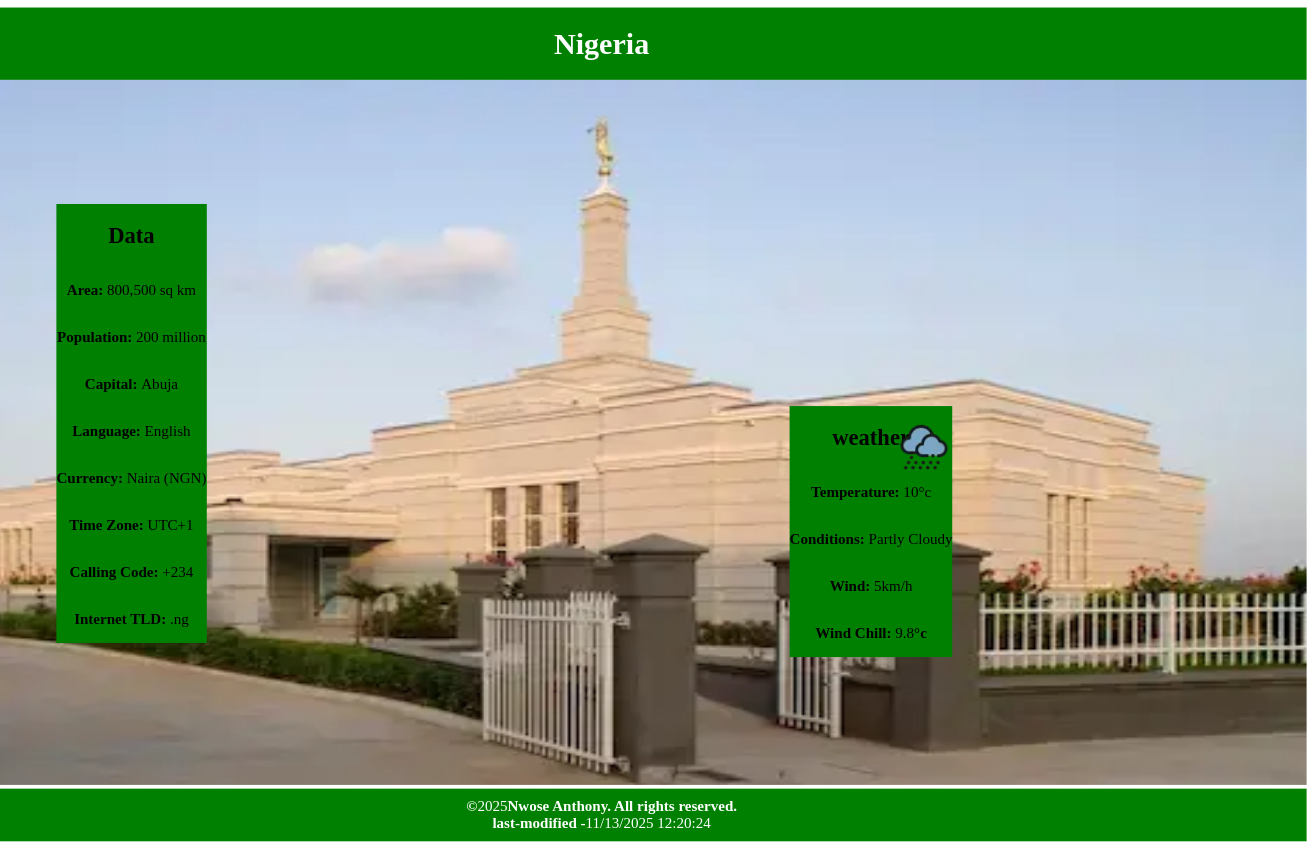
Repository: NoblesNigeria/wdd131
Page: place.html
The author's editor kept a copy of each file at every save. The page is drawn from the files as they stood at one save, then again after the next save.
The browser window is 1280 px wide. The page is 1390 px wide, so the pictures cover 1390 px, including what lies to the right of the window. The pictures show the whole page, at 94% of full size.

Above is the page before, as saved 2025-11-13 14:15:40.

After the next save:
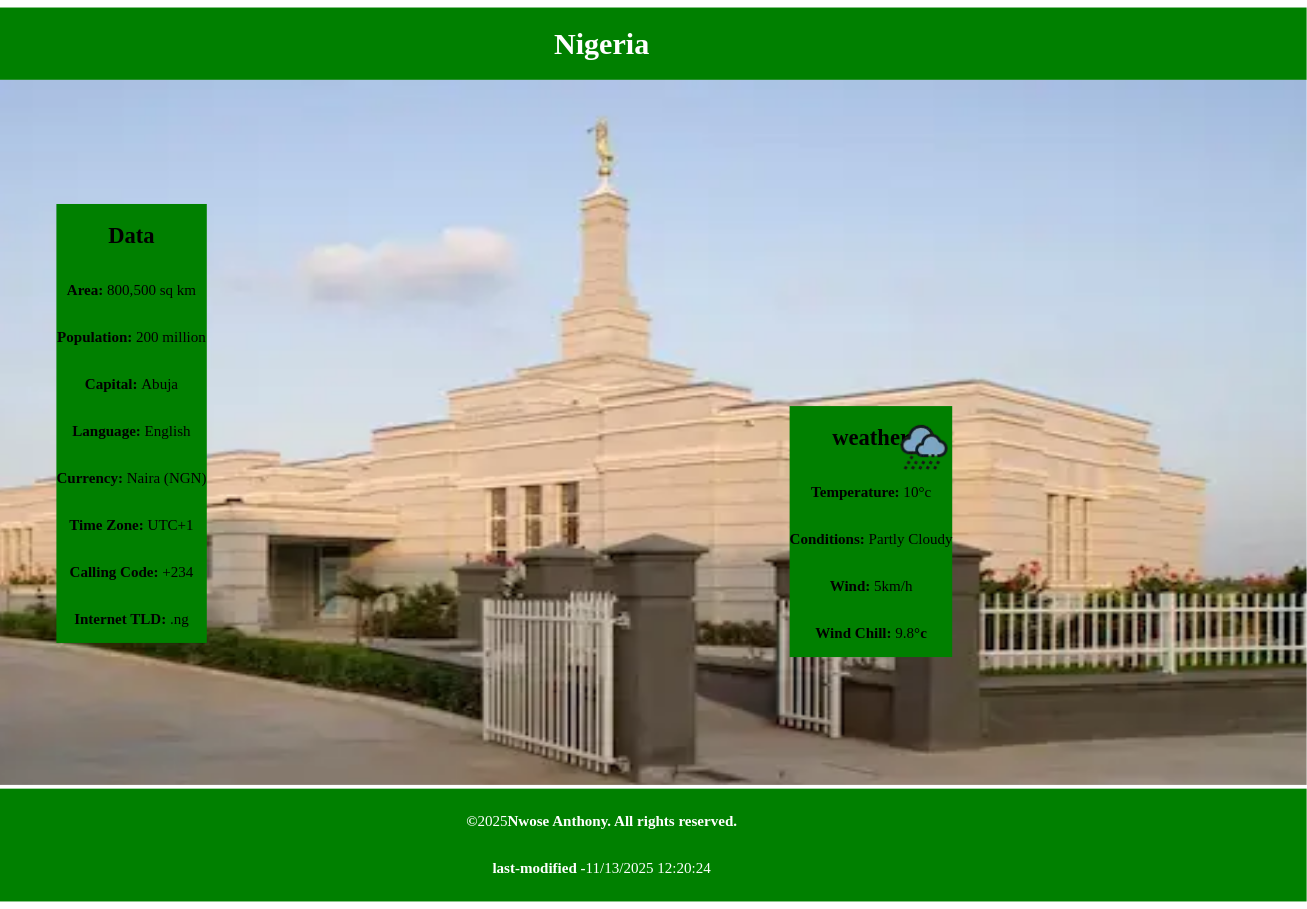
Saved 18 s later.
--- a/styles/place-large.css
+++ b/styles/place-large.css
@@ -57,7 +57,6 @@ footer{
 footer p{
     display: flex;
     justify-content: center;
-    margin: 0;
     font-size: 1rem;
     color: white;
     align-items: center;
